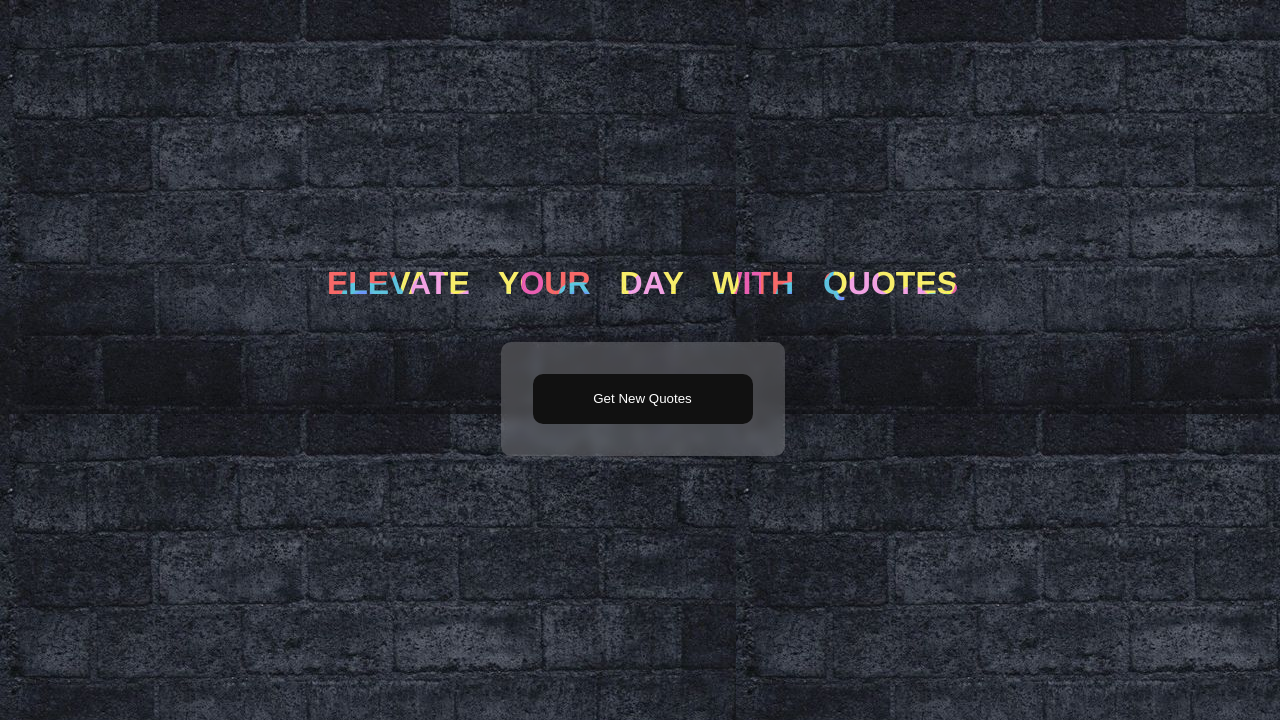
Repository: Bhavik-Sanghar/Quote-app
Page: /
The author's editor kept a copy of each file at every save. The page is drawn from the files as they stood at one save, then again after the next save.
The browser window is 1280 px wide. The pictures show the whole page.
The page's requests for data from a server got no answer. The project was rebuilt for these pictures with package versions that can differ from the ones it lists, and the page was loaded fresh each time. No one was signed in, and anything a server would have sent is missing. Also part of the build but not shown: src/styles.css.

Above is the page before, as saved 2023-08-18 15:50:32.

After the next save:
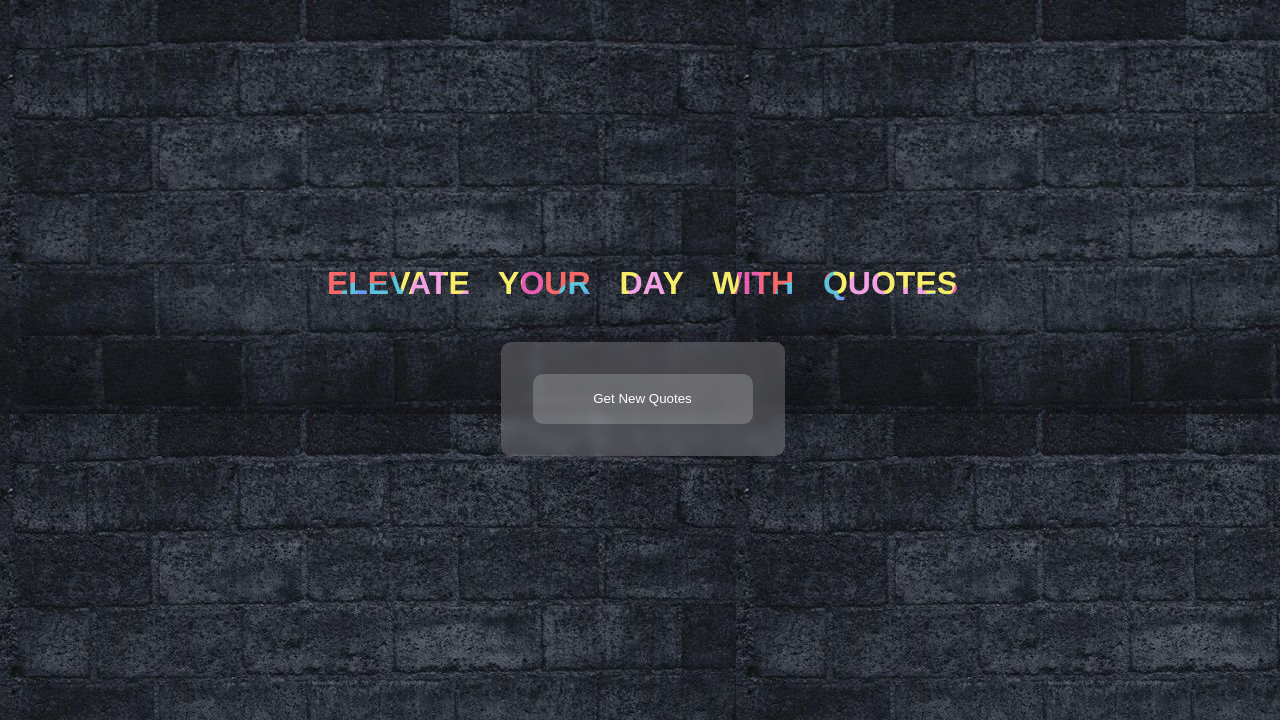
Saved 28 s later.
--- a/src/components/New.css
+++ b/src/components/New.css
@@ -172,7 +172,7 @@
   position: absolute;
   width: 100%;
   height: 100%;
-  background: #111;
+  background-color: rgba(255, 255, 255, 0.1);
   left: 0;
   top: 0;
   border-radius: 10px;
